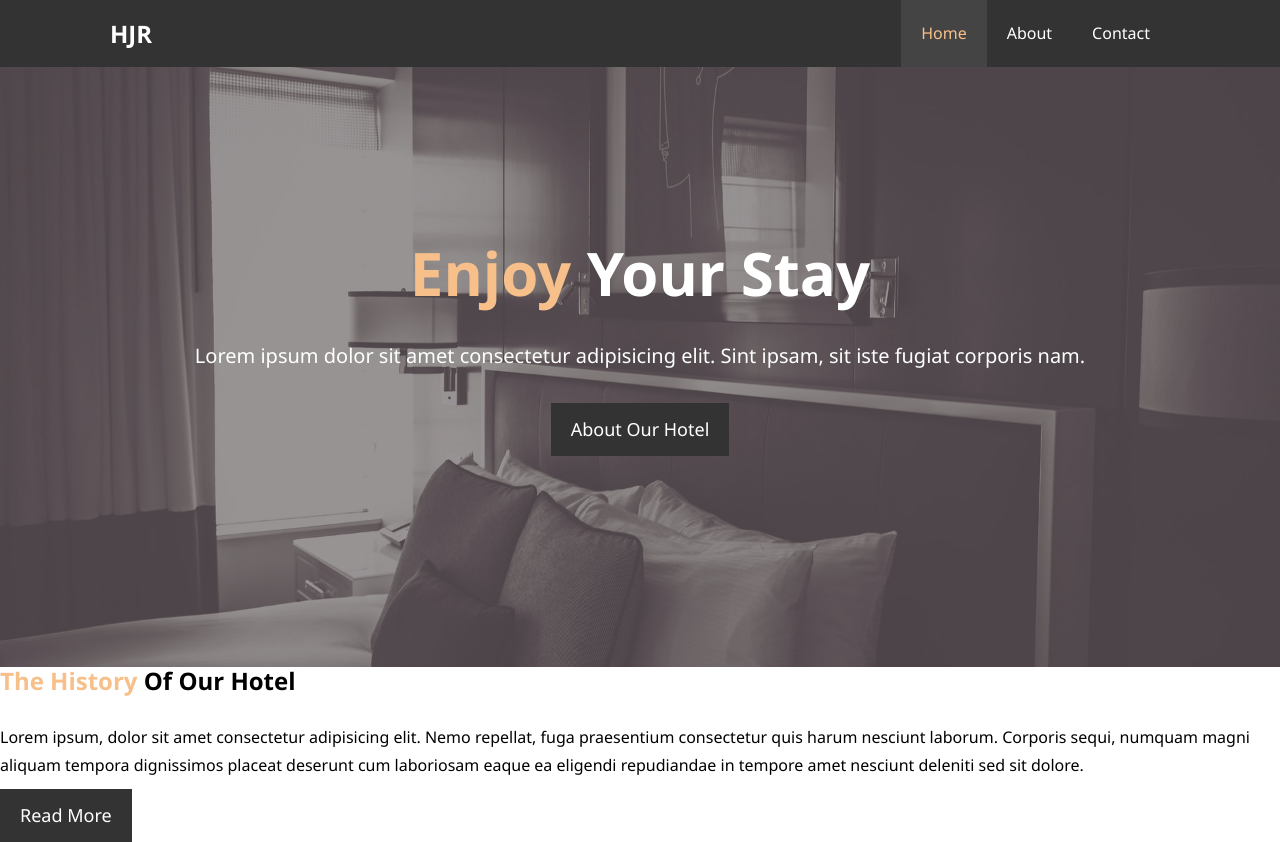
Repository: dimlutine/Hotel-Project
Page: index.html
These files come from the project's save history. The page is drawn as it stood at one moment and after the next save; the edit follows.
The browser window is 1280 px wide. The pictures show the whole page.

Above is the page before, as saved 2019-07-05 22:12:33.

### index.html
<!DOCTYPE html>
<html lang="en">

<head>
    <meta charset="UTF-8">
    <meta name="viewport" content="width=device-width, initial-scale=1.0">
    <meta http-equiv="X-UA-Compatible" content="ie=edge">
    <meta name="description" content="Welcome to the neatest hotel in Durham, North Carolina!">
    <meta name="keywords" content="hotel,durham hotel, north carolina hotel, rdu hotel">
    <link rel="stylesheet" href="css/style.css">
    <title>Hotel JR | Durham Hotel</title>
</head>

<body>
    <header>
        <nav id="navbar">
            <div class="container">
                <h1 class="logo"><a href="index.html">HJR</a></h1>
                <ul>
                    <li><a class="current" href="index.html">Home</a></li>
                    <li><a href="about.html">About</a></li>
                    <li><a href="contact.html">Contact</a></li>
                </ul>
            </div>

        </nav>
        <div id="showcase">
            <div class="container">
                <div class="showcase-content">
                    <h1>
                        <span class="text-primary">Enjoy</span> Your Stay
                    </h1>
                    <p class="lead">Lorem ipsum dolor sit amet consectetur adipisicing elit. Sint ipsam, sit iste fugiat corporis nam.</p>
                    <a class="btn" href="about.html">About Our Hotel</a>
                </div>
            </div>
        </div>
    </header>

    <section id="home-info" class="bg-dark">
        <div class="info-img"></div>
        <div class="info-content">
            <h2><span class="text-primary">The History </span>Of Our Hotel</h2>
            <p>Lorem ipsum, dolor sit amet consectetur adipisicing elit. Nemo repellat, fuga praesentium consectetur quis harum nesciunt laborum. Corporis sequi, numquam magni aliquam tempora dignissimos placeat deserunt cum laboriosam eaque ea eligendi
                repudiandae in tempore amet nesciunt deleniti sed sit dolore.</p>
            <a href="about.html" class="btn btn-light">Read More</a>
        </div>
    </section>
</body>

</html>

### css/style.css
* {
    padding: 0;
    margin: 0;
    box-sizing: border-box;
}

html,
body {
    font-family: 'Segoe UI', 'Segoe UI', Tahoma, Geneva, Verdana, sans-serif;
    line-height: 1.7em;
}

a {
    color: #333;
    text-decoration: none;
}

h1,
h2,
h3 {
    padding-bottom: 20px;
}

p {
    margin: 10px 0;
}


/* Utilities */

.container {
    margin: auto;
    max-width: 1100px;
    overflow: auto;
    padding: 0 20px;
}

.text-primary {
    color: #f7c08a;
}

.lead {
    font-size: 20px;
}

.btn {
    display: inline-block;
    font-size: 18px;
    color: #fff;
    background: #333;
    padding: 13px 20px;
    border: none;
    cursor: pointer;
}

.btn:hover {
    background: #f7c08a;
    color: #333;
}

#navbar {
    background: #333;
    color: #fff;
    overflow: auto;
}

#navbar a {
    color: #fff;
}

#navbar h1 {
    float: left;
    padding-top: 20px;
}

#navbar ul {
    float: right;
    list-style: none;
}

#navbar ul li {
    float: left;
}

#navbar ul li a {
    display: block;
    padding: 20px;
    text-align: center;
}

#navbar ul li a:hover,
#navbar ul li a.current {
    background: #444;
    color: #f7c08a;
}


/* Showcase */

#showcase {
    background: url('../img/showcase.jpg') no-repeat center center/cover;
    height: 600px;
}

#showcase .showcase-content {
    color: #fff;
    text-align: center;
    padding-top: 170px;
}

#showcase .showcase-content h1 {
    font-size: 60px;
    line-height: 1.2em;
}

#showcase .showcase-content p {
    padding-bottom: 20px;
    line-height: 1.7em;
}

After the next save:
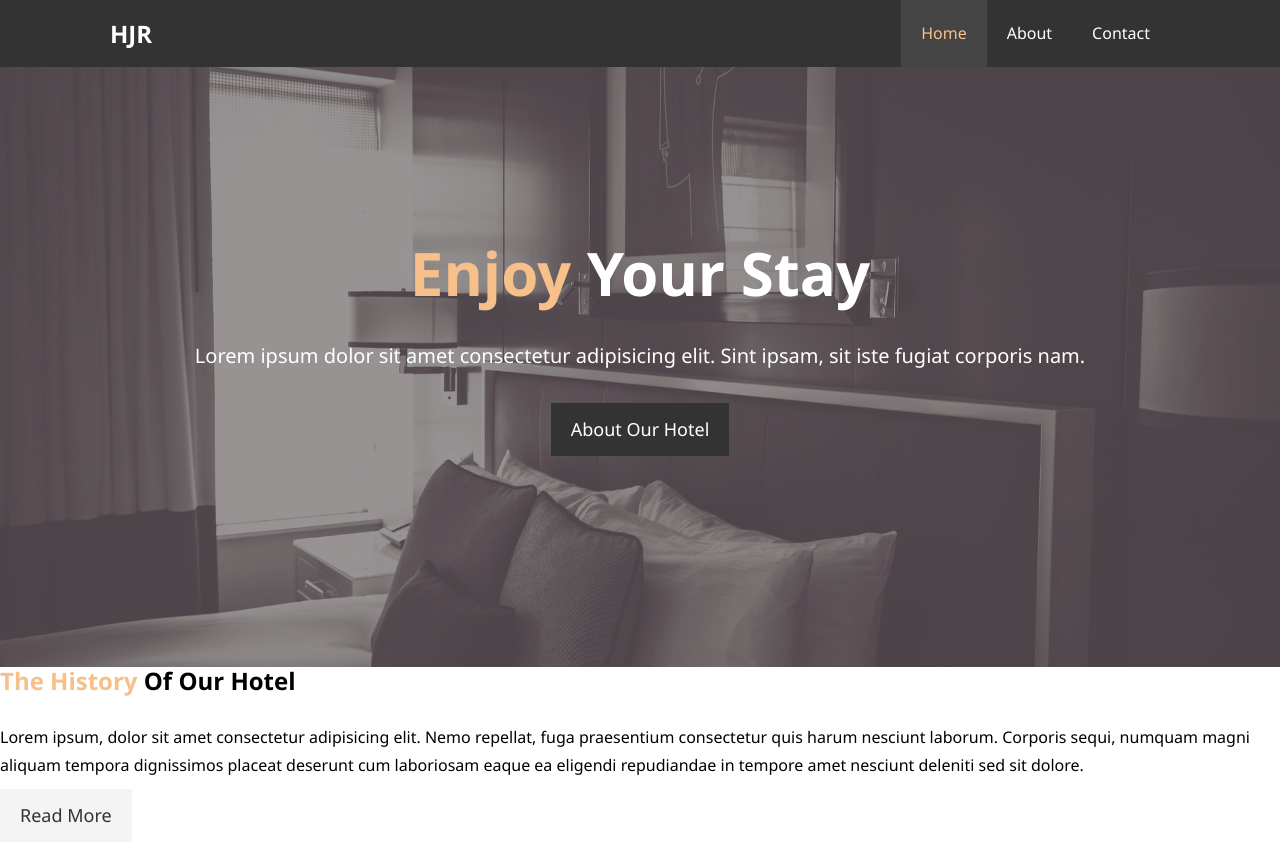
Saved 42 s later.
--- a/css/style.css
+++ b/css/style.css
@@ -55,6 +55,11 @@ p {
 
 .btn:hover {
     background: #f7c08a;
+    color: #333;
+}
+
+.btn-light {
+    background: #f4f4f4;
     color: #333;
 }
 
